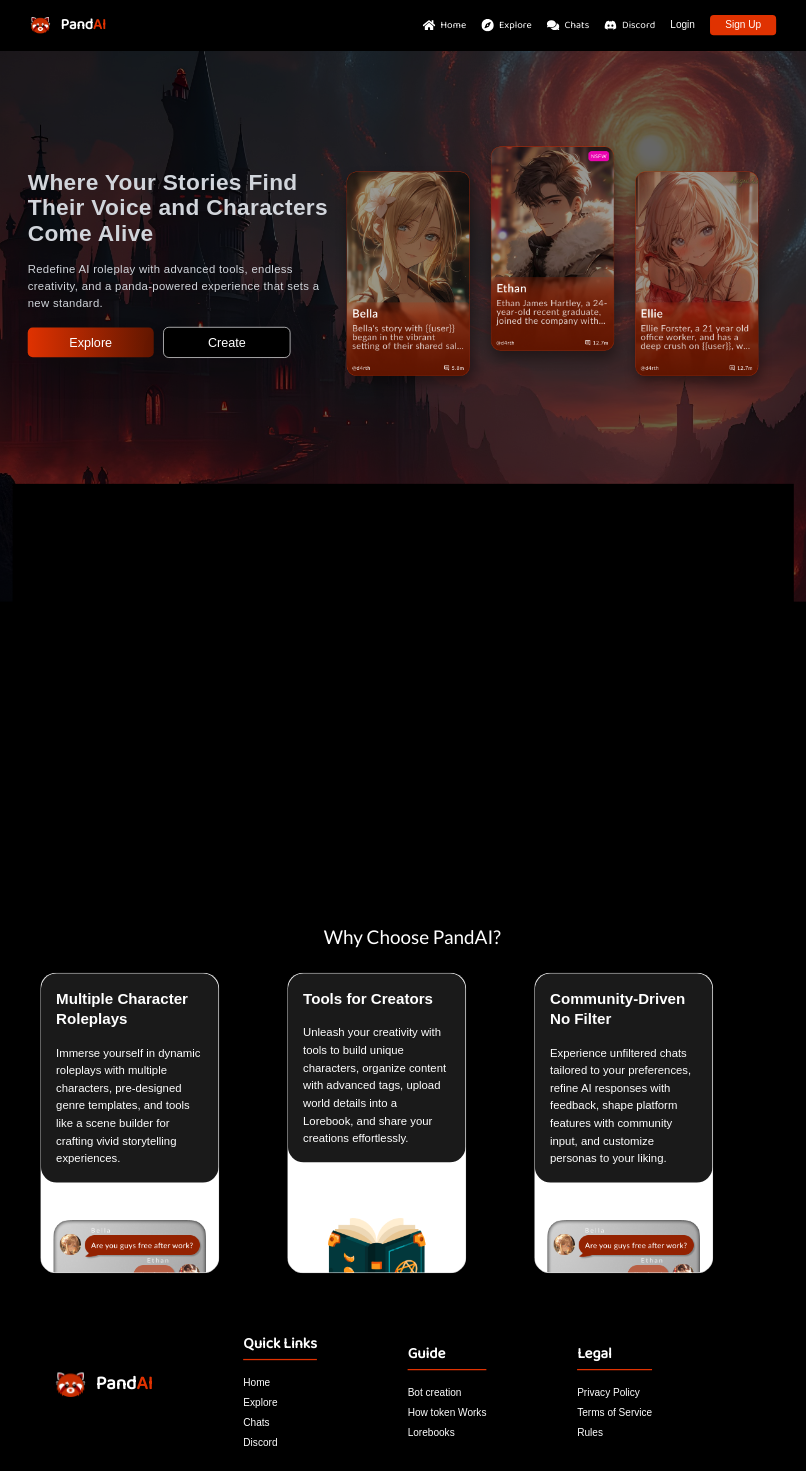
Repository: PandamoniumAI/Pandamonium
Page: /preview
An editor plug-in stored every save of this project. The page is shown before and after the next save, followed by the edit.
The browser window is 1280 px wide. The pictures show the whole page, at 63% of full size.
Some web libraries are served in a nearby version. The project was rebuilt for these pictures with package versions that can differ from the ones it lists, and the page was loaded fresh each time. Also part of the build but not shown: vite.config.js, src/Utils/Utils.js, src/Components/SearchBar/SearchBar.jsx, src/Components/CSS/CharacterCard.css, src/Components/CharacterCard/CharacterCard.jsx, src/Components/CSS/CharacterCardModal.css, src/Components/CharacterCardModal/CharacterCardModal.jsx, src/Components/CSS/Tags.css and 15 more.

Above is the page before, as saved 2025-01-01 21:39:42.

After the next save:
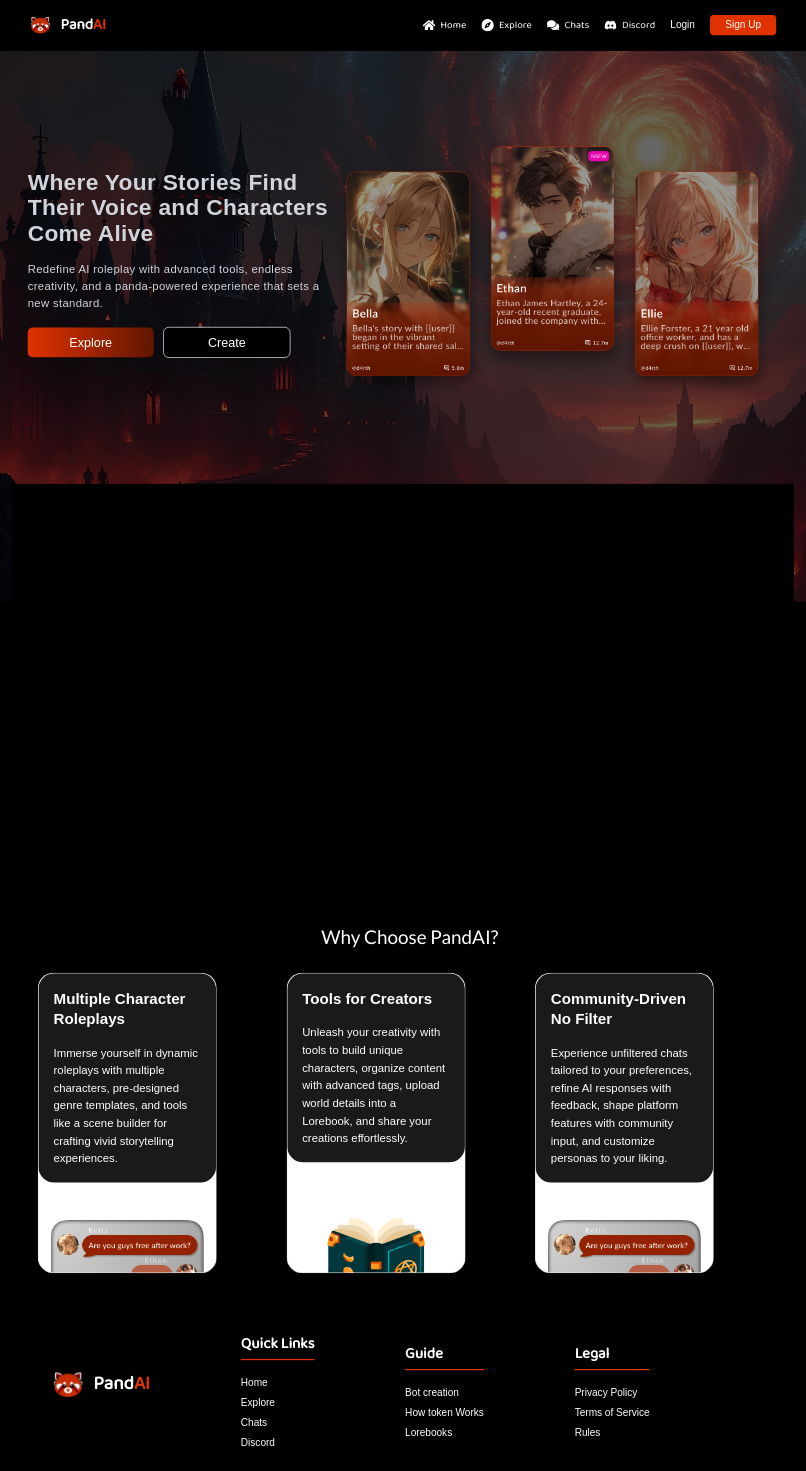
Saved 5 s later.
--- a/src/Preview/Preview.jsx
+++ b/src/Preview/Preview.jsx
@@ -91,7 +91,7 @@
         </div>
       </div>
 
-      <div className="infostart px-1 relative bg-black" style={{top: "700px"}}>
+      <div className="infostart relative bg-black" style={{top: "700px"}}>
       <div className="info px-10 relative bg-black" style={{top: "700px"}}>
         <div className="infotext mb-8 text-white">
           <h1 className="text-3xl font-lato text-white ml-[450px]">
